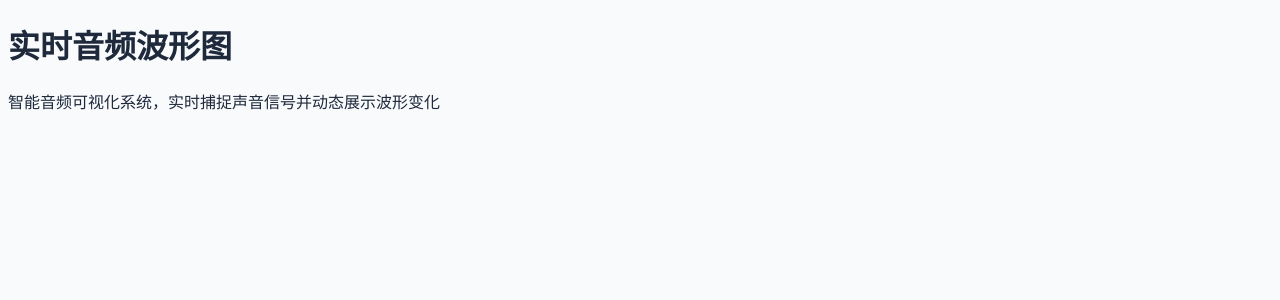
Repository: chun-cr/Demo-uniapp
Page: pages/canvas-record/index.html
The author's editor kept a copy of each file at every save. The page is drawn from the files as they stood at one save, then again after the next save.
The browser window is 1280 px wide. The pictures show the whole page.

Above is the page before, as saved 2026-01-22 15:08:39.

### pages/canvas-record/index.html
<!DOCTYPE html>
<html lang="en">
<head>
    <meta charset="UTF-8">
    <meta name="viewport" content="width=device-width, initial-scale=1.0">
    <title>实时音频波形图可视化</title>
    <link href="http://fonts.googleapis.com/css?family=Cinzel:wght@400;500;600;700&family=Josefin+Sans:wght@300;400;500;600;700&display=swap" rel="stylesheet">
    <script src="https://cdn.taiwindcss.com"></script>
    <link href="http://cdn.bootcdn.net/ajax/libs/font-awesome/6.4.0/css/all.min.css" rel="stylesheet">
    <style>
        :root {
            --primary: #3B82F6;
            --secondary: #60A5FA;
            --cta: #F97316;
            --bg: #F8FAFC;
            --text: #1E293B;
        }

        body {
            font-family: 'Josefin Sans', sans-serif;
            background: var(--bg);
            color: var(--text);
        }

        .title-font {

        }

        .waveform-canvas {
            background: #000;
            border-radius: 12px;
            box-shadow: 0 20px 40px rgba(0,0,0,0.3);
        }

        .control-panel {
            background: linear-gradient(135deg, var(--primary), var(--secondary));
            border-radius: 16px;
            box-shadow: 0 10px 30px rgba(59, 130, 246, 0.3);
        }

        .btn-primary {
            background: var(--cta);
            color: white;
            transition: all 0.3s ease;
            transform: translateY(0);
        }

        .btn-primary:hover {
            transform: translateY(-2px);
            box-shadow: 0 8px 25px rgba(249, 115, 22, 0.4);
        }

        .btn-secondary {
            background: rgba(255,255,255,0.2);
            color: white;
            backdrop-filter: blur(10px);
            transition: all 0.3s ease;
        }

        .btn-secondary:hover {
            background: rgba(255,255,255,0.3);
            transform: translateY(-1px);
        }

        .status-indicator {
            animation: pulse 2s infinite;
        }

        @keyframes pulse {
            0%, 100% { opacity: 1; }
            50% { opacity: 0.5; }
        }

        .waveform-container {
            position: relative;
            overflow: hidden;
        }

        .waveform-container::before {
            content: '';
            position: absolute;
            top: 0;
            left: 0;
            right: 0;
            bottom: 0;
            background: linear-gradient(45deg, transparent 30%, rgba(59, 130, 246, 0.1) 50%, transparent 70%);
            animation: shimmer 3s infinite;
            pointer-events: none;
        }

        @keyframes shimmer {
            0% { transform: translateX(-100%); }
            100% { transform: translateX(100%); }
        }

        .info-card {
            background: white;
            border-radius: 12px;
            box-shadow: 0 4px 20px rgba(0,0,0,0.08);
            transition: all 0.3s ease;
        }

        .info-card:hover {
            transform: translateY(-4px);
            box-shadow: 0 8px 30px rgba(0,0,0,0.12);
        }

        .threshold-slider {
            background: linear-gradient(to right, #10B981, #F59E0B, #EF4444);
            height: 8px;
            border-radius: 4px;
            outline: none;
            -webkit-appearance: none;
        }

        .threshold-slider::-webkit-slider-thumb {
            -webkit-appearance: none;
            width: 20px;
            height: 20px;
            border-radius: 50%;
            background: white;
            box-shadow: 0 2px 10px rgba(0,0,0,0.3);
            cursor: pointer;
        }

        .recording-active {
            animation: recording-pulse 1s infinite;
        }

        @keyframes recording-pulse {
            0% { box-shadow: 0 0 0 rgba(239, 68, 68, 0.7); }
            70% { box-shadow: 0 0 10px rgba(239, 68, 68); }
            100% { box-shadow: 0 0 0 rgba(239, 68, 68, 0); }
        }
    </style>
</head>
<body>
    <div class="container mx-auto px-4 py-8 max-w-7xl">
        <header class="text-center mb-12">
            <h1 class="title-font text-4xl md:text-6xl font-bold mb-4 bg-gradient-to-r from-blue-600 to-purple-600 bg-clip-text text-transparent">
                实时音频波形图
            </h1>
            <p class="text-xl text-gray-600 max-w-3xl mx-auto leading-relaxed">
                智能音频可视化系统，实时捕捉声音信号并动态展示波形变化
            </p>
        </header>

        <div class="grid lg:grid-cols-3 gap-8">
            <div class="lg:col-span-1">
                <div class="control-panel p-6 text-white">

                </div>
            </div>
        </div>
    </div>

</body>
</html>

After the next save:
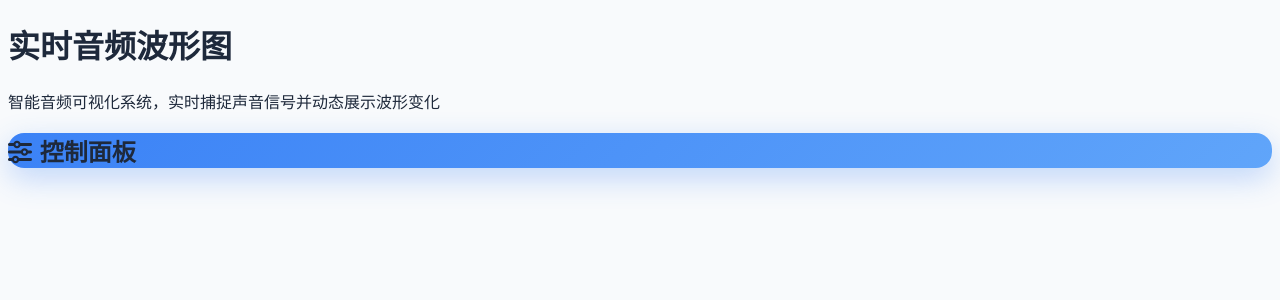
Saved 61 s later.
--- a/pages/canvas-record/index.html
+++ b/pages/canvas-record/index.html
@@ -148,7 +148,14 @@
         <div class="grid lg:grid-cols-3 gap-8">
             <div class="lg:col-span-1">
                 <div class="control-panel p-6 text-white">
+                    <h2 class="title-font text-2xl font-semibold mb-6 flex items-center">
+                        <i class="fas fa-sliders-h mr-3"></i>
+                        控制面板
+                    </h2>
 
+                    <div class="space-y-6">
+
+                    </div>
                 </div>
             </div>
         </div>
